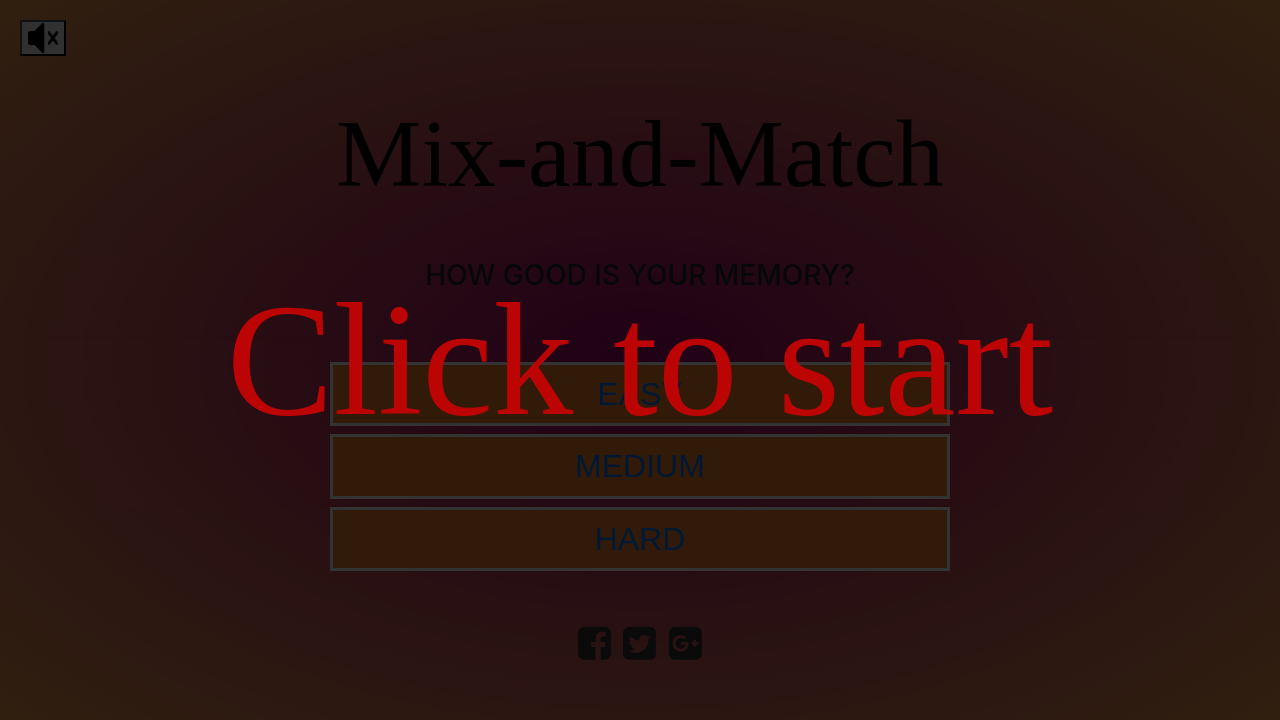
Repository: ayaanh221/memory-gam
Page: hard.html
The author's editor kept a record of every edit. The page is drawn from the files as they stood at one moment, then again after the next edit.
The browser window is 1280 px wide. The pictures show the window.
A layer covers the whole window, so only the first screen is drawn. Some web libraries are served in a nearby version.

Above is the page before.
Console error: SyntaxError: Unexpected token '<'

### hard.html

 <!doctype html>
<html lang="en">
  <head>
    <!-- Required meta tags -->
    <meta charset="utf-8">
    <meta name="viewport" content="width=device-width, initial-scale=1, shrink-to-fit=no">
    <link rel="stylesheet" href="assets/css/style.css" type="text/css" />
    <link rel="stylesheet" href="https://stackpath.bootstrapcdn.com/bootstrap/4.3.1/css/bootstrap.min.css" integrity="sha384-ggOyR0iXCbMQv3Xipma34MD+dH/1fQ784/j6cY/iJTQUOhcWr7x9JvoRxT2MZw1T" crossorigin="anonymous">
    <link rel="stylesheet" href="https://stackpath.bootstrapcdn.com/font-awesome/4.7.0/css/font-awesome.min.css" type="text/css" />
<link rel="stylesheet" href="easy.html" type="text/css" />
<link rel="stylesheet" href="js/my_script.js"  />
<link rel="stylesheet" href="index.html" type="text/css" />
<script type="text/javascript" src="hard.html"></script>
<script type="text/javascript" src="easy.html"></script>
<script type="text/javascript" src="medium.html"></script>


<script  src="js/my_script.js" async></script>
    <!-- Bootstrap CSS -->
    <link rel="stylesheet" href="https://stackpath.bootstrapcdn.com/bootstrap/4.3.1/css/bootstrap.min.css" integrity="sha384-ggOyR0iXCbMQv3Xipma34MD+dH/1fQ784/j6cY/iJTQUOhcWr7x9JvoRxT2MZw1T" crossorigin="anonymous">






  <!-- start of landing page -->
    <title>Hello, world!</title>
  </head>
  <body>








<button id="playpausebtn"  ><img src="assets/images/PikPng.com_audio-icon-png_2017969.png" height="30px" width="30px"></button>



  <!-- end of landing page -->


 <!-- start of  game section -->
<h1 class="page-title">Mix-and-Match</h1>
<h3 class="mini"> HOW GOOD IS YOUR MEMORY?</h3>
  <hr class="my-4">

<h2 class= "levels" onclick="easy()">  <a href ="easy.html"> easy</a></h2>

   <h2 class= "levels" onclick="medium()"> <a href="medium.html">medium</a></h2>
 <h2 class= "levels" onclick="hard()"> <a href="hard.html"> hard</a></h2>


 <div class="overlay-text visible ">
  Click to start
 </div>
  <div id="game-over-text" class="overlay-text  ">
 game over
 <span class="overlay-text-small"> click to restart</span>
 </div>
 <div id="winner-text" class="overlay-text ">
winner
 <span class="overlay-text-small"> click to restart</span>
 </div>

  <div id="hard">
 <div class="overlay-text ">
  Click to start
 </div>
  <div id="game-over-text" class="overlay-text  ">
 game over
 <span class="overlay-text-small"> click to restart</span>
 </div>

 <div id="winner-text" class="overlay-text">
winner
 <span class="overlay-text-small"> click for next level</span>
 </div>
 <div class="game-container">
   <div class="game-info-container">



    <div class="game-info">
       hard
     </div>
      <div class="game-info">
      flips: <span id="flips">0</span>
     </div>
   </div>


   <div class="card "  data-framework ="chip">
    <div class="card-back card-face visible">
     <img class="animals" src="assets/images/4' X 4' wolf.jpg" >
    </div>
    <div class="card-front card-face">
     <img class="card-value" src="assets/images/snake.jpg" >
    </div>
   </div>
 <div class="card "  data-framework ="chip">
    <div class="card-back card-face">
     <img class="animals" src="assets/images/4' X 4' wolf.jpg" >
    </div>
    <div class="card-front card-face">
     <img class="card-value" src="assets/images/snake.jpg" >
    </div>
   </div>

    <div class="card "  data-framework ="troop">
    <div class="card-back card-face">
     <img class="animals" src="assets/images/4' X 4' wolf.jpg" >
    </div>
    <div class="card-front card-face">
     <img class="card-value" src="assets/images/lion.png" >
    </div>
   </div>
    <div class="card " data-framework ="troop">
    <div class="card-back card-face">
     <img class="animals" src="assets/images/4' X 4' wolf.jpg" >
    </div>
    <div class="card-front card-face">
     <img class="card-value" src="assets/images/lion.png" >
    </div>
   </div>
    <div class="card " data-framework ="mats">
    <div class="card-back card-face">
     <img class="animals" src="assets/images/4' X 4' wolf.jpg" >
    </div>
    <div class="card-front card-face">
     <img class="card-value" src="assets/images/green-animal.png" >
    </div>
   </div>
    <div class="card " data-framework ="mats">
    <div class="card-back card-face">
     <img class="animals" src="assets/images/4' X 4' wolf.jpg" >
    </div>
    <div class="card-front card-face">
     <img class="card-value" src="assets/images/green-animal.png" >
    </div>
   </div>
       <div class="card " data-framework ="key">
    <div class="card-back card-face">
     <img class="animals" src="assets/images/4' X 4' wolf.jpg" >
    </div>
    <div class="card-front card-face">
     <img class="card-value" src="assets/images/dolphin.jpg" >
    </div>
   </div>
    <div class="card "data-framework ="key">
    <div class="card-back card-face">
     <img class="animals" src="assets/images/4' X 4' wolf.jpg" >
    </div>
    <div class="card-front card-face">
     <img class="card-value" src="assets/images/dolphin.jpg" >
    </div>
   </div>
    <div class="card " data-framework ="board">
    <div class="card-back card-face">
     <img class="animals" src="assets/images/4' X 4' wolf.jpg" >
    </div>
    <div class="card-front card-face">
     <img class="card-value" src="assets/images/cow.png" >
    </div>
   </div>
    <div class="card "data-framework ="board">
    <div class="card-back card-face">
     <img class="animals" src="assets/images/4' X 4' wolf.jpg" >
    </div>
    <div class="card-front card-face">
     <img class="card-value" src="assets/images/cow.png" >
    </div>
   </div>
    <div class="card " data-framework ="rice">
    <div class="card-back card-face">
     <img class="animals" src="assets/images/4' X 4' wolf.jpg" >
    </div>
    <div class="card-front card-face">
     <img class="card-value" src="assets/images/elephant.png" >
    </div>
   </div>
    <div class="card " data-framework ="rice">
    <div class="card-back card-face">
     <img class="animals" src="assets/images/4' X 4' wolf.jpg" >
    </div>
    <div class="card-front card-face">
     <img class="card-value" src="assets/images/elephant.png" >
    </div>
   </div>




    <div class="card " data-framework ="chart">
    <div class="card-back card-face">
     <img class="animals" src="assets/images/4' X 4' wolf.jpg" >
    </div>
    <div class="card-front card-face">
     <img class="card-value" src="assets/images/chicken.jpg" >
    </div>
   </div>
    <div class="card " data-framework ="chart">
    <div class="card-back card-face">
     <img class="animals" src="assets/images/4' X 4' wolf.jpg" >
    </div>
    <div class="card-front card-face">
     <img class="card-value" src="assets/images/chicken.jpg" >
    </div>
   </div>
    <div class="card "data-framework ="trafic">
    <div class="card-back card-face">
     <img class="animals" src="assets/images/4' X 4' wolf.jpg" >
    </div>
    <div class="card-front card-face">
     <img class="card-value" src="assets/images/fish.jpg" >
    </div>
   </div>

    <div class="card "data-framework ="trafic">
    <div class="card-back card-face">
     <img class="animals" src="assets/images/4' X 4' wolf.jpg" >
    </div>
    <div class="card-front card-face">
     <img class="card-value" src="assets/images/fish.jpg" >
    </div>
   </div>
   </div>
 </div>
 <!--end of hard section-->
 <!--footer-->
 <section id="lab_social_icon_footer">
<!-- Include Font Awesome Stylesheet in Header -->
<link href="//maxcdn.bootstrapcdn.com/font-awesome/4.1.0/css/font-awesome.min.css" rel="stylesheet">
<div class="container">
        <div class="text-center center-block">
                <a href="https://www.facebook.com/bootsnipp"><i id="social-fb" class="fa fa-facebook-square fa-3x social"></i></a>
	            <a href="https://twitter.com/bootsnipp"><i id="social-tw" class="fa fa-twitter-square fa-3x social"></i></a>
	            <a href="https://plus.google.com/+Bootsnipp-page"><i id="social-gp" class="fa fa-google-plus-square fa-3x social"></i></a>

    </div>
</div>
</section>
<!-- start of game section -->
    <!-- Optional JavaScript -->
    <!-- jQuery first, then Popper.js, then Bootstrap JS -->
    <script src="https://code.jquery.com/jquery-3.3.1.slim.min.js" integrity="sha384-q8i/X+965DzO0rT7abK41JStQIAqVgRVzpbzo5smXKp4YfRvH+8abtTE1Pi6jizo" crossorigin="anonymous"></script>
    <script src="https://cdnjs.cloudflare.com/ajax/libs/popper.js/1.14.7/umd/popper.min.js" integrity="sha384-UO2eT0CpHqdSJQ6hJty5KVphtPhzWj9WO1clHTMGa3JDZwrnQq4sF86dIHNDz0W1" crossorigin="anonymous"></script>
    <script src="https://stackpath.bootstrapcdn.com/bootstrap/4.3.1/js/bootstrap.min.js" integrity="sha384-JjSmVgyd0p3pXB1rRibZUAYoIIy6OrQ6VrjIEaFf/nJGzIxFDsf4x0xIM+B07jRM" crossorigin="anonymous"></script>
  </body>
</html>

### assets/css/style.css

@import url(https://fonts.googleapis.com/css?family=Lato);
@import url(https://cdnjs.cloudflare.com/ajax/libs/font-awesome/4.6.3/css/font-awesome.css);

* {
    box-sizing: border-box;
}

body {
    margin: 0;
    background: radial-gradient(#A4036F, #F29E4C);
    padding: 20px;
}
/*------------------------timer/new game----------------------------*/



/*------------------------music-----------------------------*/

.button{
  border:none;
  cursor:pointer;
  outline:none;
}



.playpausebtn{
  width: 5px;
  height: 5px;
}
/*------------------------home-----------------------------*/
 #medium,#hard {
     display: none ;
    }
#home{
    padding: 150px;

}


.levels{
  font-family: sans-serif;

  color: black;
  text-align: center;
display: inline-block;
text-transform: uppercase;
position: relative;
 display: block;
  margin-left: auto;
  margin-right: auto;
  width: 50%;
  border: 3px solid white;
  padding: 10px;
  text-decoration: none;
  background-color: #f7822f;


}

.levels:hover{
  background-color:#eb9b63;
  color: black;
  text-decoration: none;
  transition: all 500ms;
  font-weight: bold;
}
.page-title {
  color: black;
  font-family:  serif;
  font-weight: normal;
  text-align: center;
  font-size: 6em;
 padding: 40px;
}
.mini{
  text-align: center;
  padding-bottom:  20px;
}


.game-info-container {
  grid-column: 1 / -1;
  display: flex;
  justify-content: space-between;
}

.game-info {
  font-family:  serif;
  color: #FFBB89;
  font-size: 4em;
}

.game-container {
  display: grid;
  grid-template-columns: repeat(4, auto);
  grid-gap: 10px;
  margin: 50px;
  justify-content: center;
  perspective: 500px;
}

.card {
position: relative;
  height: 170px;
  width: 120px;
}




.flips{
text-align: center;
}






/*-------------------------left arrow---------------------------*/

  .left-arrow{
    height: 10px;
    width: 10px;
  }


/*-------------------------game-----------------------------*/




.game-info-container {
    grid-column: 1 / -1;
    display: flex;
    justify-content: space-between;
    padding: 0px;
}

.game-info {
    color: #030303;
    font-size: 3em;
    font-family: 'Wallpoet', cursive;
    text-transform: uppercase;
}


.game-container {
    display: grid;
    grid-template-columns: repeat(4, auto);

    margin: 50px;
    justify-content: center;
    perspective: 500px;
    padding: 50px;

}

.card {
    position: relative;
    background-color: black;
    height: 175px;
    width: 125px;
}

.card-face {
    position: absolute;
    width: 100%;
    height: 100%;
    display: flex;
    justify-content: center;
    align-items: center;
    overflow: hidden;
    backface-visibility: hidden;
    border-radius: 12px;
    border-width: 1px;
    border-style: solid;
    transition: transform 500ms ease-in-out;
}




.card.visible .card-back {
    transform: rotateY(-180deg);
}

.card.visible .card-front {
    transform: rotateY(0);

}
.card:hover .card-value{
    animation: dance 1s linear infinite 500ms;
}



.overlay-text {
  display: none;
  position: fixed;
  top: 0;
  left: 0;
  right: 0;
  bottom: 0;
  justify-content: center;
  align-items: center;
  z-index: 100;
  color: #bd0404;
  font-family:  serif;
}

.overlay-text-small {
  font-size: .3em;
}

.overlay-text.visible {
  display: flex;
  flex-direction: column;
  animation: overlay-grow 500ms forwards;
}

@keyframes overlay-grow {
  from {
    background-color: rgba(0, 0, 0, 0);
    font-size: 0;
  }
  to {
    background-color: rgba(0, 0, 0, .8);
    font-size: 10em;
  }
}

@keyframes dance {
  0%, 100%  {
    transform: rotate(0);
  }
  25% {
    transform: rotate(-30deg);
  }
  75% {
    transform: rotate(30deg);
  }
}









.card-back {
    background-color: white;
    border-color: black;
}

.card-front {
    transform: rotateY(180deg);
    background-color: white;

}

.animals {
    position: absolute;

    height: 20vh;
    align-self: flex-start;
    transform: translateY(-10px);
    transition: transform 100ms ease-in-out;


}

.card-face:hover .animals {
    transform: translateY(0);
    height: 18vh;
}

.card-value {
    height: 170px;
    width: 125px;
    transform: scale(.9);
    transition: transform 100ms ease-in-out;
}

.card-front:hover .card-value {
    transform: scale(1)
}

@media (max-width:700px){
    .game-container{
        grid-template-columns: repeat(2,auto);
    }
    .game-info-container{
       flex-direction:column;
       align-items:center;
    }

   .game-info{
       color: #4a0000;
    font-family: 'Wallpoet', cursive;
    font-weight: normal;
    text-align: center;
    font-size: 6em;
    text-transform: uppercase;
}


}

@media (max-width:700px){
    #medium.html,#hard.html ,.game-info,.levels{
     display: none ;
    }

#easy{
  display: block;
}

}


/*-------------------------footer-----------------------------*/

#lab_social_icon_footer {
  padding: 40px 0;
  background-color: transparent;
}

#lab_social_icon_footer a {
  color: #333;
}

#lab_social_icon_footer .social:hover {
  -webkit-transform: scale(1.1);
  -moz-transform: scale(1.1);
  -o-transform: scale(1.1);
}

#lab_social_icon_footer .social {
  -webkit-transform: scale(0.8);
  /* Browser Variations: */

  -moz-transform: scale(0.8);
  -o-transform: scale(0.8);
  -webkit-transition-duration: 0.5s;
  -moz-transition-duration: 0.5s;
  -o-transition-duration: 0.5s;
}
/*
    Multicoloured Hover Variations
*/

#lab_social_icon_footer #social-fb:hover {
  color: #3B5998;
}

#lab_social_icon_footer #social-tw:hover {
  color: #4099FF;
}

#lab_social_icon_footer #social-gp:hover {
  color: #d34836;
}

Loaded but not shown: js/my_script.js (253 lines, source omitted); index.html (508 lines, source omitted); medium.html (230 lines, source omitted); easy.html (185 lines, source omitted)

After the next edit:
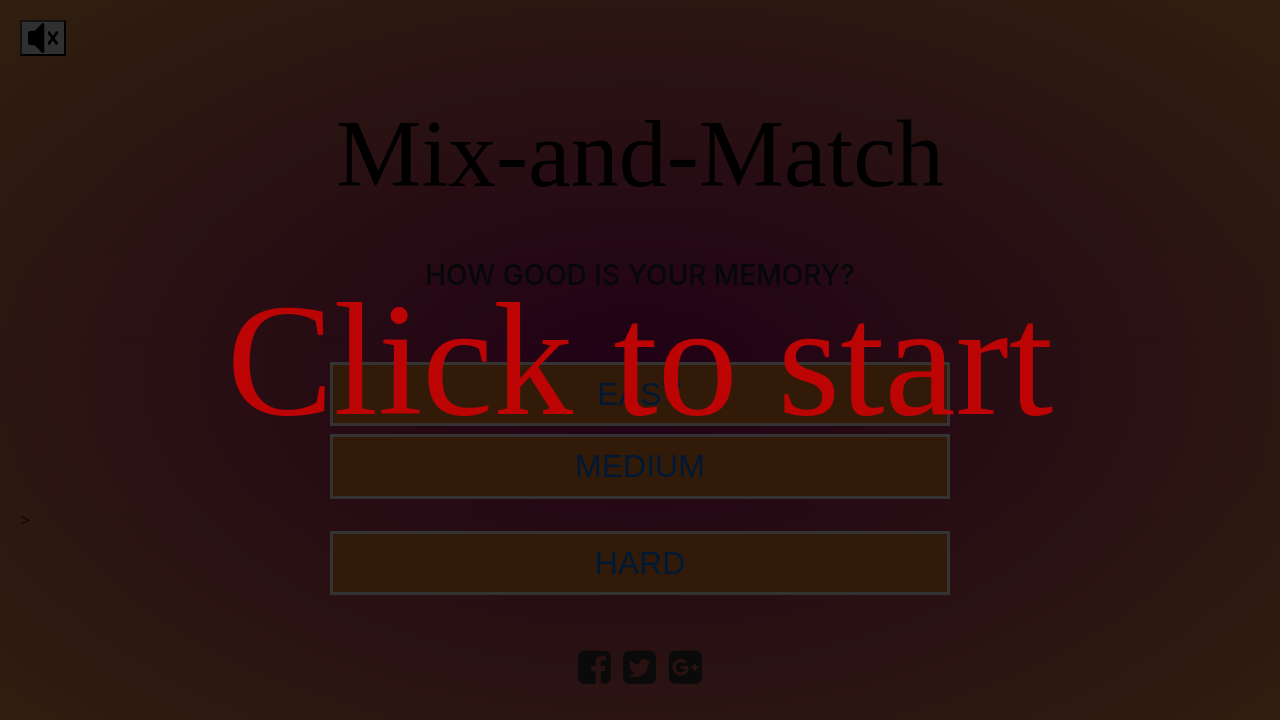
The edit:
--- a/hard.html
+++ b/hard.html
@@ -49,11 +49,13 @@
 <h3 class="mini"> HOW GOOD IS YOUR MEMORY?</h3>
   <hr class="my-4">
 
-<h2 class= "levels" onclick="easy()">  <a href ="easy.html"> easy</a></h2>
-
-   <h2 class= "levels" onclick="medium()"> <a href="medium.html">medium</a></h2>
- <h2 class= "levels" onclick="hard()"> <a href="hard.html"> hard</a></h2>
-
+<div class="icon-bar">
+
+
+ <h2 class= "levels" onclick="easy()">  <a href="easy.html">easy</a></h2>
+ <h2 class= "levels" onclick="medium()">  <a href="medium.html">medium</a></h2>>
+<h2 class= "levels" onclick="hard()">  <a href="hard.html">hard</a></h2>
+</div>
 
  <div class="overlay-text visible ">
   Click to start

After the 5 edits that followed:
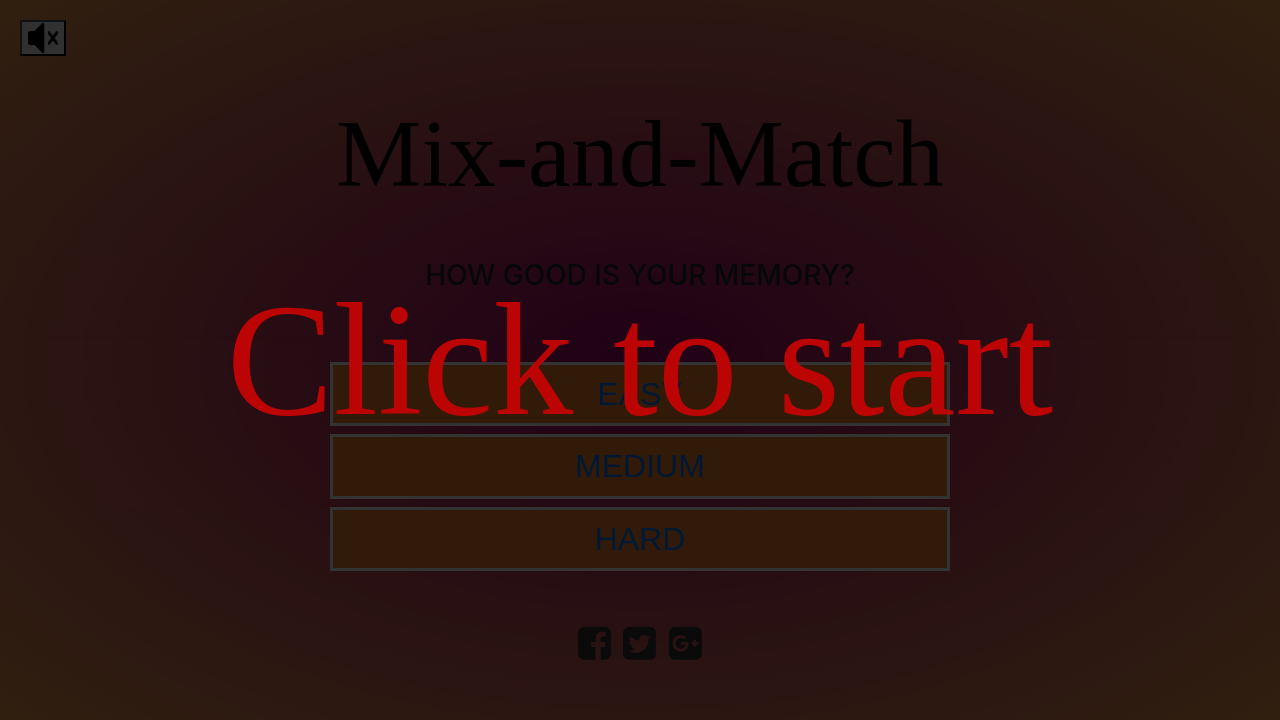
The error is gone.
The 5 edits are shown as one change because 4 left the picture as it was.
The edit:
--- a/hard.html
+++ b/hard.html
@@ -11,12 +11,10 @@
 <link rel="stylesheet" href="easy.html" type="text/css" />
 <link rel="stylesheet" href="js/my_script.js"  />
 <link rel="stylesheet" href="index.html" type="text/css" />
-<script type="text/javascript" src="hard.html"></script>
-<script type="text/javascript" src="easy.html"></script>
-<script type="text/javascript" src="medium.html"></script>
-
-
-<script  src="js/my_script.js" async></script>
+<link rel="stylesheet" href="easy.html" type="text/css" />
+<link rel="stylesheet" href="medium.html" type="text/css" />
+
+
     <!-- Bootstrap CSS -->
     <link rel="stylesheet" href="https://stackpath.bootstrapcdn.com/bootstrap/4.3.1/css/bootstrap.min.css" integrity="sha384-ggOyR0iXCbMQv3Xipma34MD+dH/1fQ784/j6cY/iJTQUOhcWr7x9JvoRxT2MZw1T" crossorigin="anonymous">
 
@@ -53,7 +51,7 @@
 
 
  <h2 class= "levels" onclick="easy()">  <a href="easy.html">easy</a></h2>
- <h2 class= "levels" onclick="medium()">  <a href="medium.html">medium</a></h2>>
+ <h2 class= "levels" onclick="medium()">  <a href="medium.html">medium</a></h2>
 <h2 class= "levels" onclick="hard()">  <a href="hard.html">hard</a></h2>
 </div>
 
@@ -251,6 +249,7 @@
     <!-- jQuery first, then Popper.js, then Bootstrap JS -->
     <script src="https://code.jquery.com/jquery-3.3.1.slim.min.js" integrity="sha384-q8i/X+965DzO0rT7abK41JStQIAqVgRVzpbzo5smXKp4YfRvH+8abtTE1Pi6jizo" crossorigin="anonymous"></script>
     <script src="https://cdnjs.cloudflare.com/ajax/libs/popper.js/1.14.7/umd/popper.min.js" integrity="sha384-UO2eT0CpHqdSJQ6hJty5KVphtPhzWj9WO1clHTMGa3JDZwrnQq4sF86dIHNDz0W1" crossorigin="anonymous"></script>
+    <script  src="js/my_script.js" async></script>
     <script src="https://stackpath.bootstrapcdn.com/bootstrap/4.3.1/js/bootstrap.min.js" integrity="sha384-JjSmVgyd0p3pXB1rRibZUAYoIIy6OrQ6VrjIEaFf/nJGzIxFDsf4x0xIM+B07jRM" crossorigin="anonymous"></script>
   </body>
 </html>
